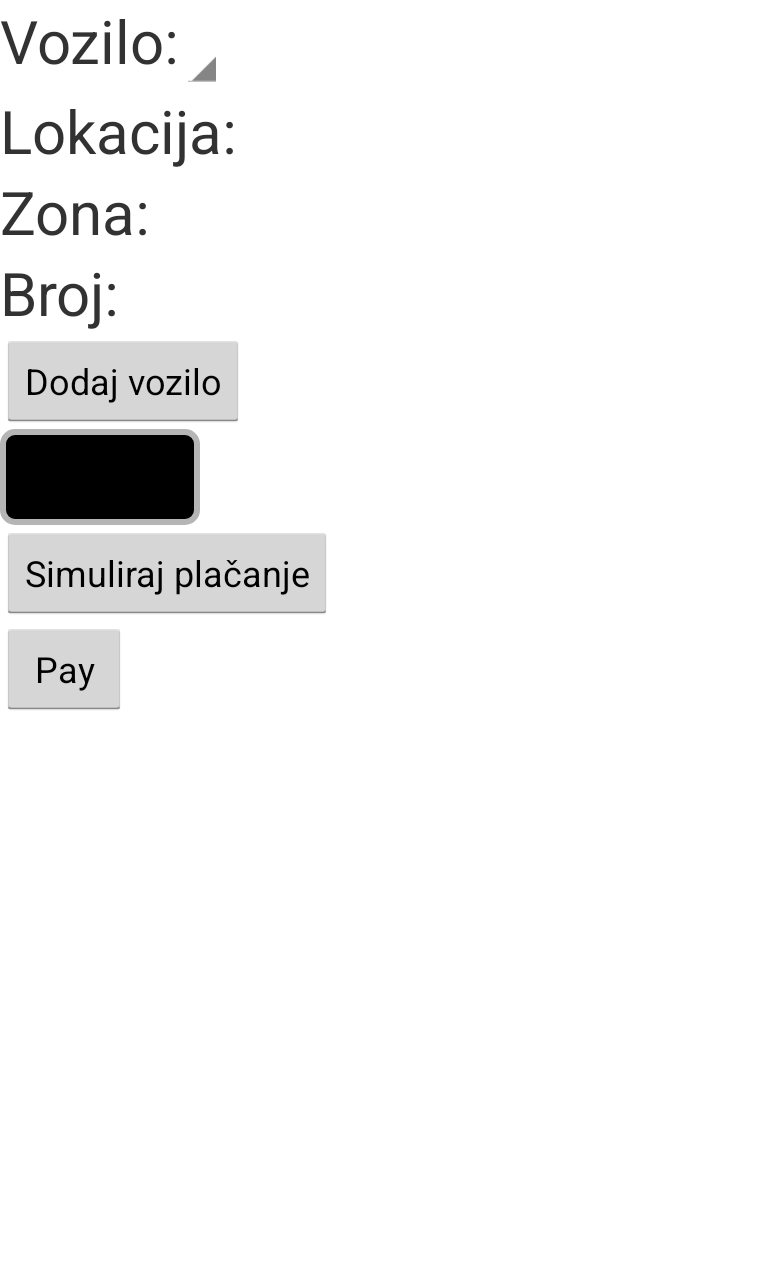
Repository: Kondorcom/GPS_parking
Layout: GPSParking/res/layout/activity_main.xml
An editor plug-in stored every save of this project. The layout is shown before and after the next save, followed by the edit.
It is drawn on a 768 x 1280 px phone screen (xhdpi) without system bars, with theme AppTheme; the app's code is not run. The app's manifest (not shown) leaves right-to-left support off. So textAlignment, textDirection and layoutDirection are ignored, and left and right values win over start and end ones.

Above is the layout before, as saved 2016-05-16 10:56:02.

### GPSParking/res/layout/activity_main.xml
<LinearLayout xmlns:android="http://schemas.android.com/apk/res/android"
    xmlns:tools="http://schemas.android.com/tools"
    android:layout_width="match_parent"
    android:layout_height="match_parent"
    android:layout_margin="10dp"
    android:orientation="vertical" >

    <LinearLayout
        android:layout_width="match_parent"
        android:gravity="start"
        android:layout_height="wrap_content" >

        <TextView
            android:id="@+id/textView1"
            android:layout_width="wrap_content"
            android:layout_height="wrap_content"
            android:text="Vozilo:"
            android:textSize="30sp" />

        <Spinner
            android:id="@+id/spinner1"
            android:layout_width="wrap_content"
            android:layout_height="45dp" />
    </LinearLayout>

    <LinearLayout
        android:id="@+id/LinearLayout4"
        android:layout_width="match_parent"
        android:layout_height="wrap_content" >

        <TextView
            android:id="@+id/textView2"
            android:layout_width="wrap_content"
            android:layout_height="wrap_content"
            android:text="@string/lokacija"
            android:textSize="30sp" />

        <TextView
            android:id="@+id/textView4"
            android:layout_width="wrap_content"
            android:layout_height="wrap_content"
            android:layout_marginStart="10dp"
            android:layout_weight="0.04"
            android:text=""
            android:textSize="30sp" />

    </LinearLayout>

    <LinearLayout
        android:layout_width="match_parent"
        android:layout_height="wrap_content" >

        <TextView
            android:id="@+id/textView3"
            android:layout_width="wrap_content"
            android:layout_height="wrap_content"
            android:text="@string/zona"
            android:textSize="30sp" />

        <TextView
            android:id="@+id/textView5"
            android:layout_width="wrap_content"
            android:layout_height="wrap_content"
            android:layout_marginLeft="20dp"

            android:text=""
            android:textSize="30sp" />

    </LinearLayout>

    <LinearLayout
        android:layout_width="match_parent"
        android:layout_height="wrap_content" >

        <LinearLayout
            android:layout_width="wrap_content"
            android:layout_height="match_parent" >

            <TextView
                android:id="@+id/textView6"
                android:layout_width="wrap_content"
                android:layout_height="wrap_content"
                android:text="@string/broj"
                android:textSize="30sp" />
        </LinearLayout>

        <TextView
            android:id="@+id/textView7"
            android:layout_width="wrap_content"
            android:layout_height="wrap_content"
            android:text=""
            android:textSize="30sp" />
    </LinearLayout>

    <LinearLayout
        android:layout_width="match_parent"
        android:layout_height="wrap_content" >

        <Button
            android:id="@+id/button5"
            android:layout_width="wrap_content"
            android:layout_height="wrap_content"
            android:text="@string/addVozilo2"
            android:onClick="gotoDodaj"
             />

    </LinearLayout>

    <LinearLayout
        android:layout_width="match_parent"
        android:layout_height="wrap_content"
        android:orientation="vertical" >

        <Button
            android:id="@+id/button2"
            android:layout_width="wrap_content"
            android:layout_height="wrap_content"
            android:onClick="gotoHistory"
            android:text="@string/history"
             android:background="@drawable/btn_shape" />
    </LinearLayout>


    <Button
        android:id="@+id/button4"
        android:layout_width="wrap_content"
        android:layout_height="wrap_content"


        android:text="@string/update" />

    <LinearLayout
        android:layout_width="match_parent"
        android:layout_height="wrap_content"
        android:orientation="vertical" >

        <Button
            android:id="@+id/button3"
            android:layout_width="wrap_content"
            android:layout_height="wrap_content"
            android:text="@string/pay" />

    </LinearLayout>

</LinearLayout>

### GPSParking/res/values/strings.xml
<?xml version="1.0" encoding="utf-8"?>
<resources>

    <string name="app_name">GPS Parking</string>
    <string name="hello_world">Hello world!</string>
    <string name="action_settings">Settings</string>
    <string name="lokacija">Lokacija:</string>
    <string name="Plus">+</string>
    <string name="addVozilo">Ime vozila</string>
    <string name="addTablica">Registracija</string>
    <string name="addVozilo2">Dodaj vozilo</string>
    <string name="history">History</string>
    <string name="update">Simuliraj plačanje</string>
    <string name="pay">Pay</string>
    <string name="zona">Zona:</string>
    <string name="broj">Broj:</string>
    <string name="title_activity_vozilo">VoziloActivity</string>
    <string name="Vehicle">Vehicle</string>
    <string name="Plate">Plate</string>
    <string name="City">City</string>
    <string name="Zone">Zone</string>
    <string name="Date">Date</string>
    <string name="Time">Time</string>
    <string name="hint_vehicle">Vehicle name</string>
    <string name="hint_registration">Registration</string>

</resources>

### GPSParking/res/drawable/btn_shape.xml
<?xml version="1.0" encoding="utf-8"?>

<shape xmlns:android="http://schemas.android.com/apk/res/android" android:shape="rectangle" >
<corners
android:radius="6dp"
/>
<solid
android:color="#000000"
/>
<padding
android:left="0dp"
android:top="0dp"
android:right="0dp"
android:bottom="0dp"
/>
<size
android:width="100dp"
android:height="40dp"
/>
<stroke
android:width="3dp"
android:color="#B5B5B5"
/>
</shape>

Loaded but not shown: GPSParking/res/values/styles.xml (common file); GPSParking/res/values-v11/styles.xml (common file); GPSParking/res/values-v14/styles.xml (common file)

After the next save:
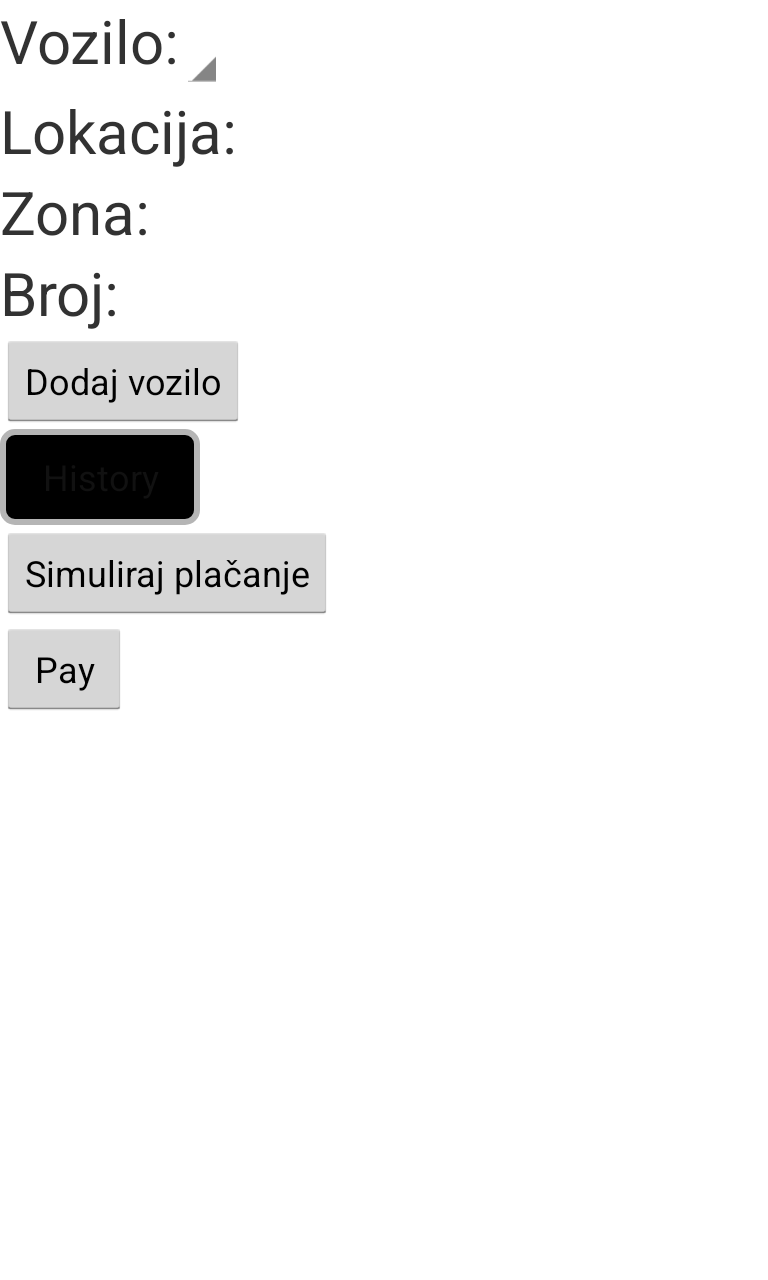
Saved 81 s later.
--- a/GPSParking/res/layout/activity_main.xml
+++ b/GPSParking/res/layout/activity_main.xml
@@ -117,6 +117,7 @@
             android:layout_height="wrap_content"
             android:onClick="gotoHistory"
             android:text="@string/history"
+            android:textColor="#111111"
              android:background="@drawable/btn_shape" />
     </LinearLayout>
 
